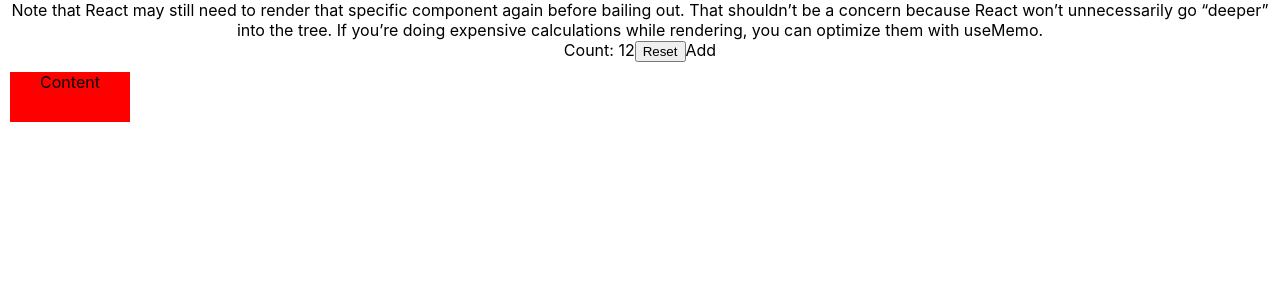
Repository: Farbod29/React-text-highlighter-with-hook-
Page: /
These files come from the project's save history. The page is drawn as it stood at one moment and after the next save; the edit follows.
The browser window is 1280 px wide. The pictures show the whole page.
The project was rebuilt for these pictures with package versions that can differ from the ones it lists, and the page was loaded fresh each time.

Above is the page before, as saved 2022-02-18 20:57:18.

### src/App.js
import './App.css';
import Highlighter from './highlighter';
function App() {
  return (
    <div className="App">
      <Highlighter />
    </div>
  );
}

export default App;

### src/highlighter.js
import React, { useEffect, useState } from 'react';

export default function Highlighter() {
  let doit = () => {
    document.onmouseup = () => {
      console.log(window.getSelection().toString());
    };
  };
  const [count, setCount] = useState(12);
  return (
    <>
      <div>
        {' '}
        Note that React may still need to render that specific component again
        before bailing out. That shouldn’t be a concern because React won’t
        unnecessarily go “deeper” into the tree. If you’re doing expensive
        calculations while rendering, you can optimize them with useMemo.
      </div>
      Count: {count}
      {/* <button onClick={() => setCount((prevCount) => prevCount - 1)}>-</button> */}
      <div
        style={{
          padding: '0px 10px',
          position: 'fixed',
          height: '50px',
          width: '100px',
          margin: '10px',
          backgroundColor: 'red',
          inline: true,
          justifyContent: 'center',
          display: 'center',
        }}
      >
        Content
      </div>
      <button onClick={() => setCount(12)}>Reset</button>
      Add {doit()}
    </>
  );
}

Loaded but not shown: public/index.html (common file); src/index.js (common file); src/index.css (common file); src/reportWebVitals.js (common file); src/App.css (common file)

After the next save:
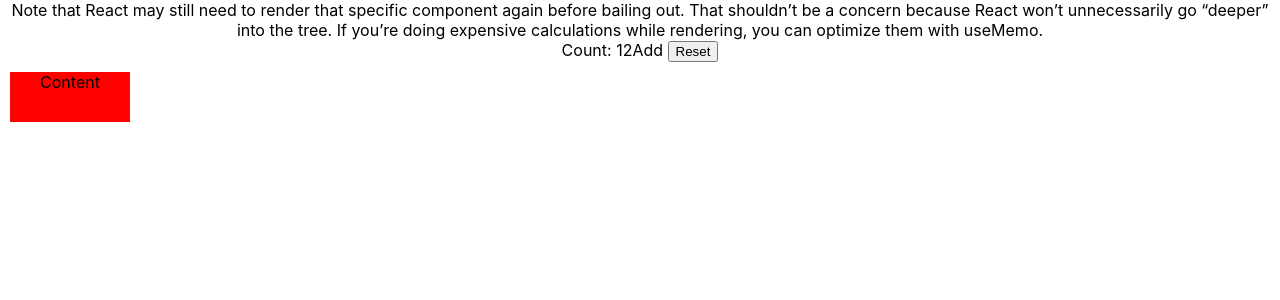
Saved 12 s later.
--- a/src/highlighter.js
+++ b/src/highlighter.js
@@ -33,8 +33,8 @@ export default function Highlighter() {
       >
         Content
       </div>
+      Add {doit()}
       <button onClick={() => setCount(12)}>Reset</button>
-      Add {doit()}
     </>
   );
 }

After the save that followed:
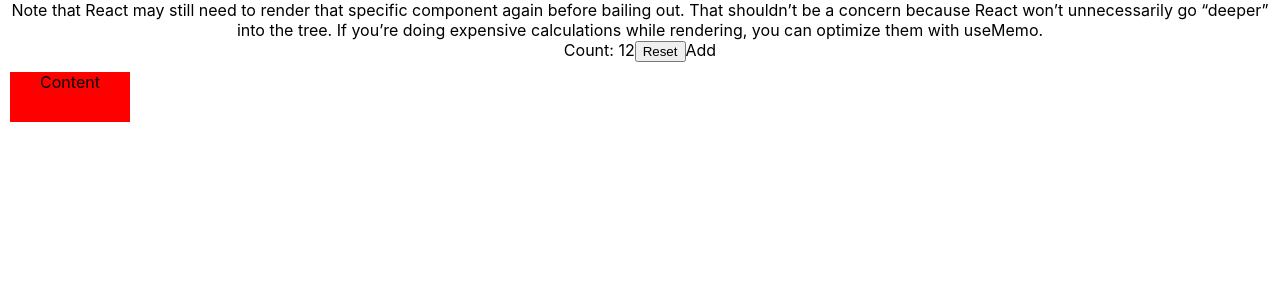
Saved 7 s later.
--- a/src/highlighter.js
+++ b/src/highlighter.js
@@ -33,8 +33,8 @@ export default function Highlighter() {
       >
         Content
       </div>
+      <button onClick={() => setCount(12)}>Reset</button>
       Add {doit()}
-      <button onClick={() => setCount(12)}>Reset</button>
     </>
   );
 }
